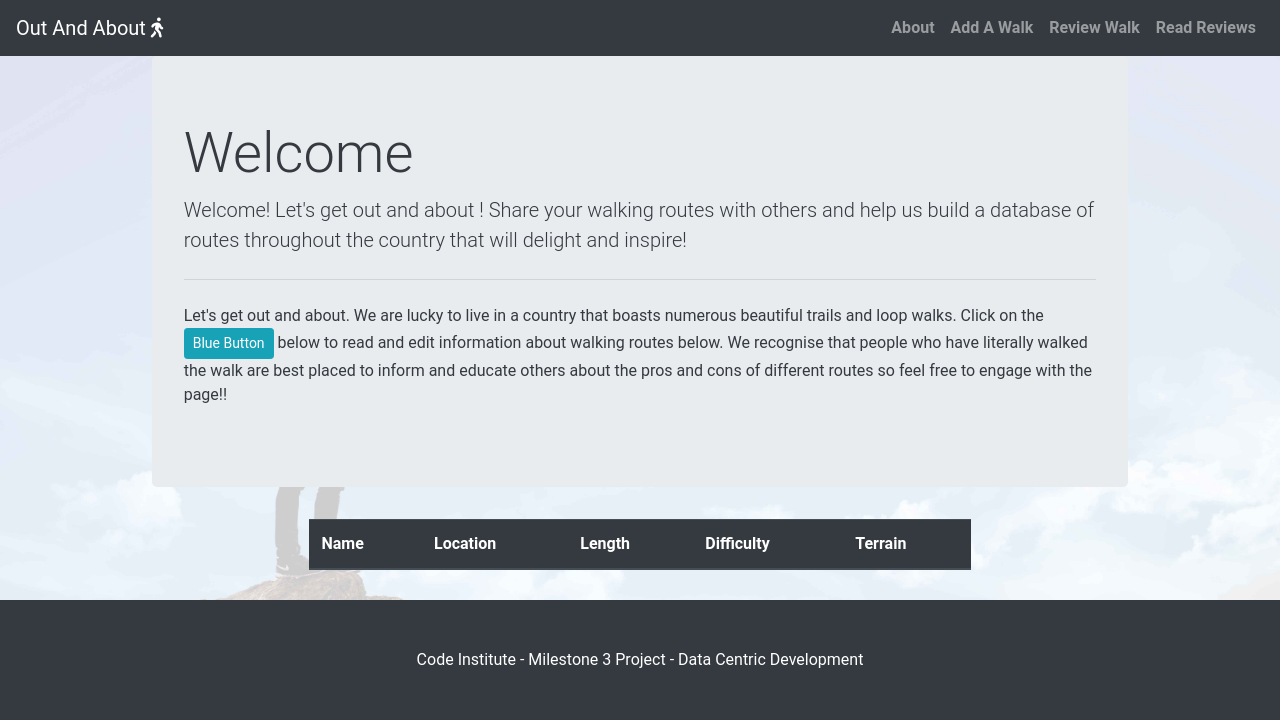
Repository: 5803emma/days-of-walking
Page: http://localhost/
The author's editor kept a record of every edit. The page is drawn from the files as they stood at one moment, then again after the next edit.
The browser window is 1280 px wide. The pictures show the whole page.
Some web libraries are served in a nearby version. The page is served by the project's application, run on Flask 3 (app.py). Queries for data that is not in the repository find no rows.

Above is the page before.

### templates/home.html
{% extends 'base.html'%} {% block content %}

<div class="container-fluid">

 <div class="row-welcome justify-content-center">
  <div class="col-12 text-dark">
   <div class="jumbotron">
    <h1 class="display-4">Welcome</h1>
    <p class="lead">Welcome! Let's get out and about ! Share your walking routes with others and help us build a database of routes throughout the country that will delight and inspire!</p>
    <hr class="my-4">
    <p>Let's get out and about.  We are lucky to live in a country that boasts numerous beautiful trails and loop walks. Click on the <button type="button" class="btn btn-info btn-sm">Blue Button</button>  below to read and edit information about walking routes below.  We recognise that people who have literally walked the walk are best placed to inform and educate others about the pros and cons of different routes so feel free to engage with the page!!</p>
   </div>
  </div>
 </div>

 <div class="row justify-content-center">
  <div class="col-12 col-md-8 table-responsive table-data">
   <table class="table table-hover">
    <thead class="thead-dark">
     <tr>
      <th scope="col">Name</th>
      <th scope="col">Location</th>
      <th scope="col">Length</th>
      <th scope="col">Difficulty</th>
      <th scope="col">Terrain</th>
     </tr>
    </thead>
    <tbody>

     {% for walk in walks %}
     <tr>
      <td><a class="btn btn-info btn-sm" href="{{url_for('edit_walk', walk_id=walk._id)}}" role="button">{{walk.walk_name}}</a></td>
      <td>{{walk.walk_location}}</td>
      <td>{{walk.walk_length}}</td>
      <td>{{walk.walk_difficulty}}</td>
      <td>{{walk.walk_terrain}}</td>
     </tr>
     {% endfor %}
    </tbody>
   </table>

  </div>
  {% endblock %}

### templates/base.html
<!DOCTYPE html>
<html>

<head>
    <link rel="stylesheet" href="https://stackpath.bootstrapcdn.com/bootstrap/4.4.1/css/bootstrap.min.css">
    <link rel="stylesheet" href="https://cdnjs.cloudflare.com/ajax/libs/font-awesome/5.12.0/css/all.min.css" />
    <link rel="stylesheet" href="{{ url_for('static', filename='css/style.css') }}" type="text/css" />
</head>

<body>
    <header>
        <nav class="navbar navbar-expand-md navbar-dark bg-dark home-logo-text">
            <a class="navbar-brand" href="{{url_for('get_walks')}}">Out And About <i
                    class="fas fa-walking"></i></a>
            <button class="navbar-toggler" type="button" data-toggle="collapse" data-target="#navbarNavAltMarkup" aria-controls="navbarNavAltMarkup" aria-expanded="false" aria-label="Toggle navigation">
                <span class="navbar-toggler-icon"></span>
            </button>
            <div class="collapse navbar-collapse" id="navbarNavAltMarkup">
                <div class="navbar-nav ml-auto">
                    <a class="nav-item nav-link" href="{{url_for('about')}}">About</a>
                    <a class="nav-item nav-link" href="{{url_for('add_new_walk')}}">Add A Walk</a>
                    <a class="nav-item nav-link" href="{{url_for('walk_review')}}">Review Walk</a>
                     <a class="nav-item nav-link" href="{{url_for('read_review')}}">Read Reviews</a>
                </div>
            </div>

        </nav>
    </header>

    <!-- Container for injected templates -->
    <div class="container-fluid">
        <div class="row justify-content-center">
            <div class="col-12 col-md-10 template-col">

    {% block content %} {% endblock %}

 <!-- Footer -->
  <footer class="py-5 bg-dark fixed-bottom">
    <div class="container-fluid">
      <p class="m-0 text-center text-white">Code Institute - Milestone 3 Project - Data Centric Development</p>
    </div>
    <!-- /.container -->
  </footer>

    <script src="https://code.jquery.com/jquery-3.4.1.slim.min.js"></script>
    <script src="https://cdn.jsdelivr.net/npm/popper.js@1.16.0/dist/umd/popper.min.js"></script>
    <script src="https://stackpath.bootstrapcdn.com/bootstrap/4.4.1/js/bootstrap.min.js"></script>
</body>

</html>

### app.py
import os
from flask import Flask, render_template, redirect, request, url_for
from flask_pymongo import PyMongo
from bson.objectid import ObjectId

app = Flask(__name__)

app.config["MONGO_DBNAME"] = 'walking_app'
app.config["MONGO_URI"] = 'mongodb+srv://root:johnbell@myfirstcluster-20lqh.mongodb.net/walking_app?retryWrites=true&w=majority'

mongo = PyMongo(app)

@app.route("/")
@app.route("/get_walks")
def get_walks():
    return render_template("home.html", walks=mongo.db.walks.find())

@app.route("/about")
def about():
    return render_template("about.html")


@app.route("/add_new_walk")
def add_new_walk():
    return render_template("add_walk.html")


@app.route("/insert_walk", methods=['POST'])
def insert_walk():
    walk = mongo.db.walks
    walk.insert_one(request.form.to_dict())
    return redirect(url_for('get_walks'))

# Update Information About Walk

@app.route("/edit_walk/<walk_id>")
def edit_walk(walk_id):
    the_walk = mongo.db.walks.find_one({"_id": ObjectId(walk_id)})
    return render_template("update_walk.html", walk=the_walk)

@app.route("/update_walk/<walk_id>", methods=["POST"])
def update_walk(walk_id):
    walk = mongo.db.walks
    walk.update({'_id': ObjectId(walk_id)}, {
        'walk_name' : request.form.get('walk_name'),
        'walk_location' : request.form.get('walk_location'),
        'walk_length' : request.form.get('walk_length'),
        'walk_difficulty' : request.form.get('walk_difficulty'),
        'walk_terrain' : request.form.get('walk_terrain')
    })
    return redirect(url_for('get_walks'))

# Delete Option

@app.route("/delete_walk/<walk_id>")
def delete_walk(walk_id):
    mongo.db.walks.remove({'_id': ObjectId(walk_id)})
    return redirect(url_for('get_walks'))

@app.route("/leave_review")
def walk_review():
    return render_template("walk_review.html", walks=mongo.db.walks.find())

# Sends the data that the user inserts to the database

@app.route("/walk_review", methods=['POST'])
def insert_review():
    review = mongo.db.reviews
    review.insert_one(request.form.to_dict())
    return redirect(url_for('walk_review'))


@app.route("/read_review")
def read_review():
    return render_template("read_reviews.html", reviews=mongo.db.reviews.find())

if __name__ == "__main__":
    app.run(host=os.environ.get("IP"),
    port=int(os.environ.get("PORT")),
    debug=True)

### static/css/style.css
body {
  background-image: url(../images/bg-image.jpg);
  background-color: #FAFAFA;
  background-repeat: no-repeat;
  background-size: cover;
  font-family: 'Roboto', sans-serif;
}

.nav-item {
  font-weight: bold;
  color: #ffffff;
}

After the next edit:
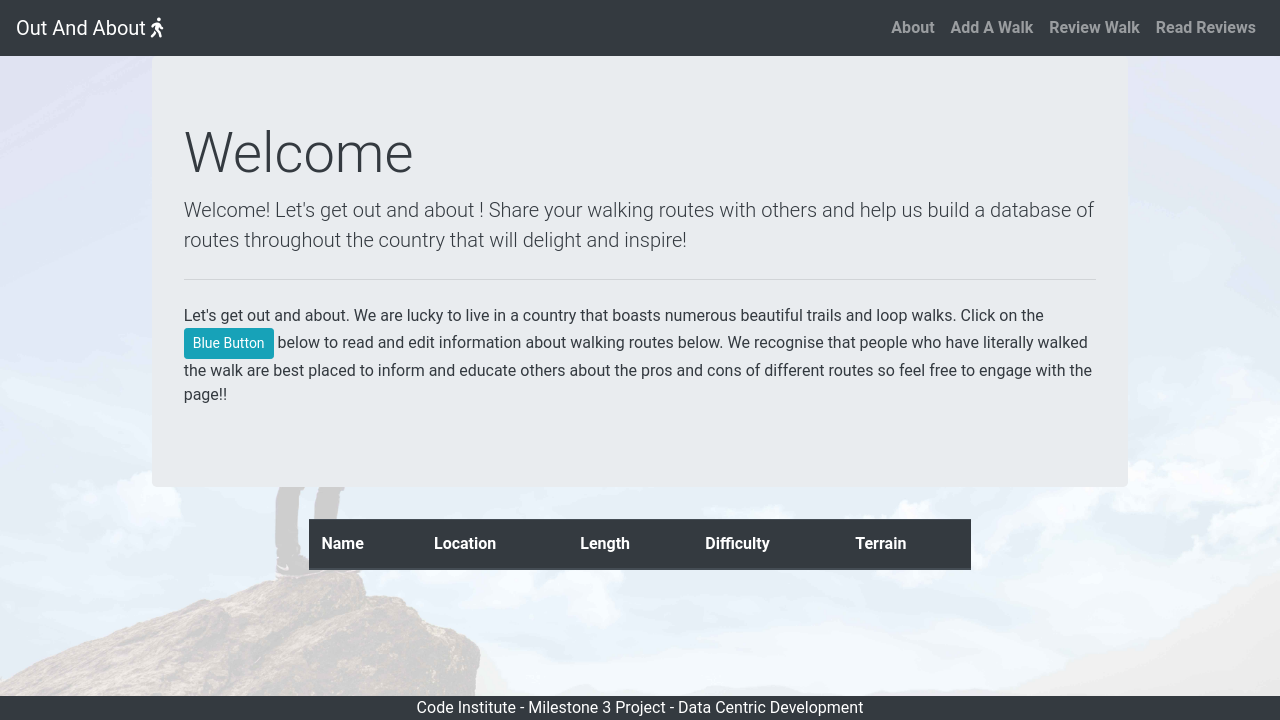
The edit:
--- a/templates/base.html
+++ b/templates/base.html
@@ -35,7 +35,7 @@
     {% block content %} {% endblock %}
 
  <!-- Footer -->
-  <footer class="py-5 bg-dark fixed-bottom">
+  <footer class="bg-dark fixed-bottom">
     <div class="container-fluid">
       <p class="m-0 text-center text-white">Code Institute - Milestone 3 Project - Data Centric Development</p>
     </div>
